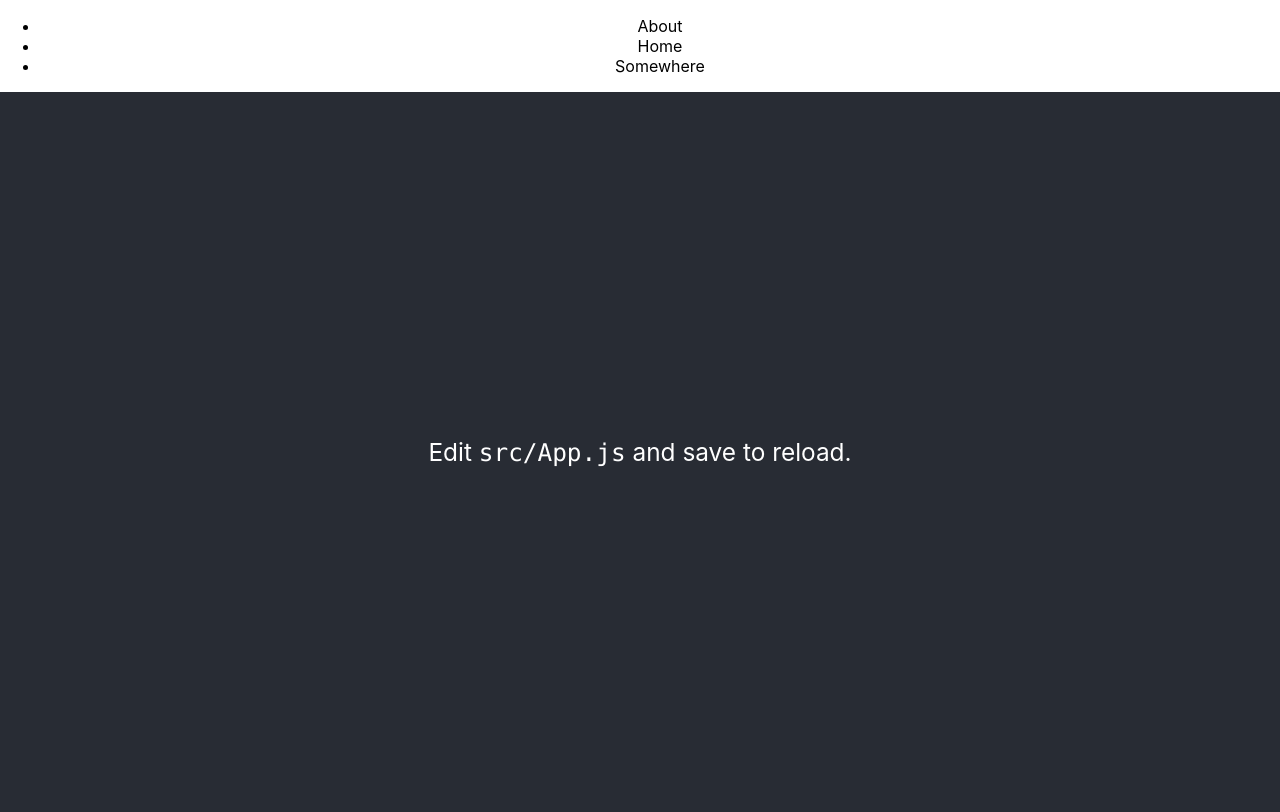
Repository: konstantin0s/hello-react
Page: /
These files come from the project's save history. The page is drawn as it stood at one moment and after the next save; the edit follows.
The browser window is 1280 px wide. The pictures show the whole page.
The project was rebuilt for these pictures with package versions that can differ from the ones it lists, and the page was loaded fresh each time.

Above is the page before, as saved 2019-03-11 10:27:45.

### src/App.js
import React, { Component } from 'react';
import Nav from './Nav';
import './App.css';

class App extends Component {
  render() {
    return (
      <div className="App">
      <Nav />
        <header className="App-header">
          <p>
            Edit <code>src/App.js</code> and save to reload.
          </p>

        </header>
      </div>
    );
  }
}

export default App;

### src/Nav.js
import React from 'react'

export default function Nav() {
  return (
    <ul>
    <li>About</li>
    <li>Home</li>
    <li>Somewhere</li>
    </ul>
  )
}

Loaded but not shown: public/index.html (common file); src/index.js (common file); src/index.css (common file); src/serviceWorker.js (common file); src/App.css (common file)

After the next save:
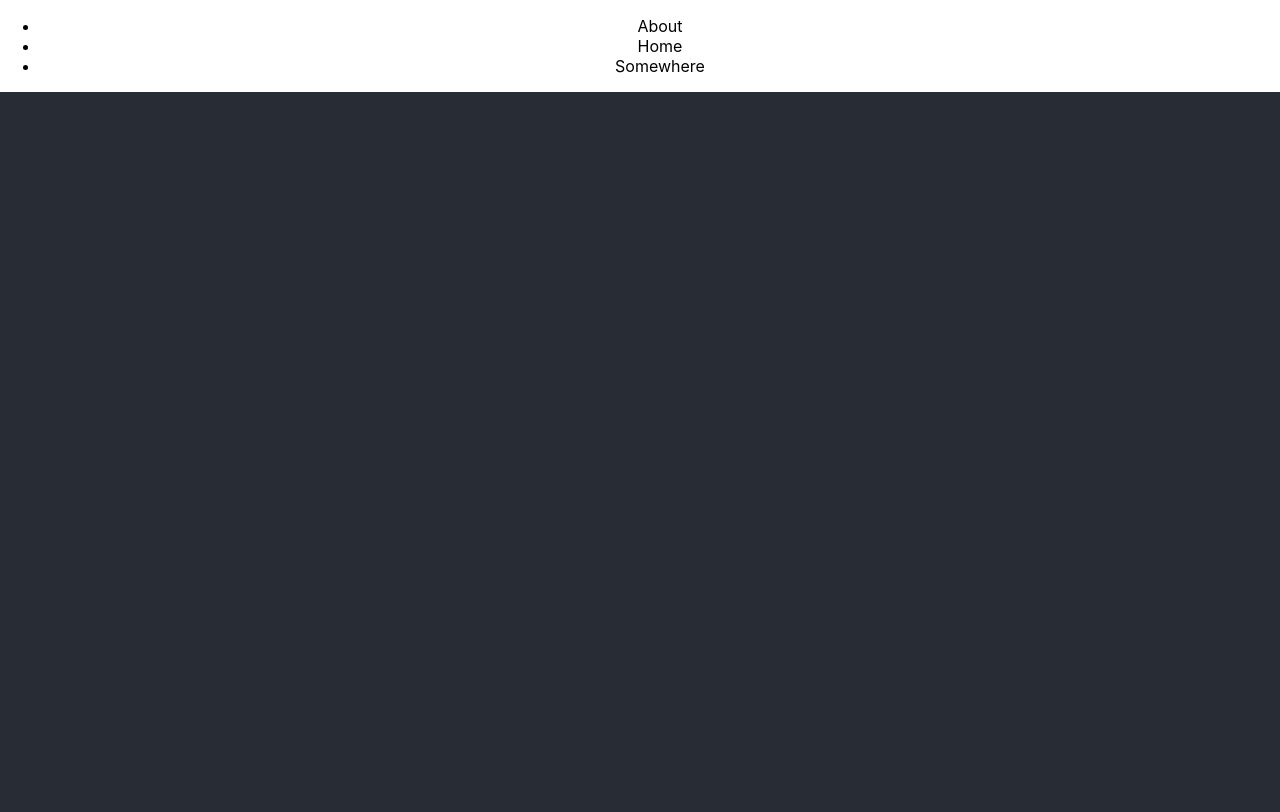
Saved 12 s later.
--- a/src/App.js
+++ b/src/App.js
@@ -8,9 +8,7 @@ class App extends Component {
       <div className="App">
       <Nav />
         <header className="App-header">
-          <p>
-            Edit <code>src/App.js</code> and save to reload.
-          </p>
+
 
         </header>
       </div>
